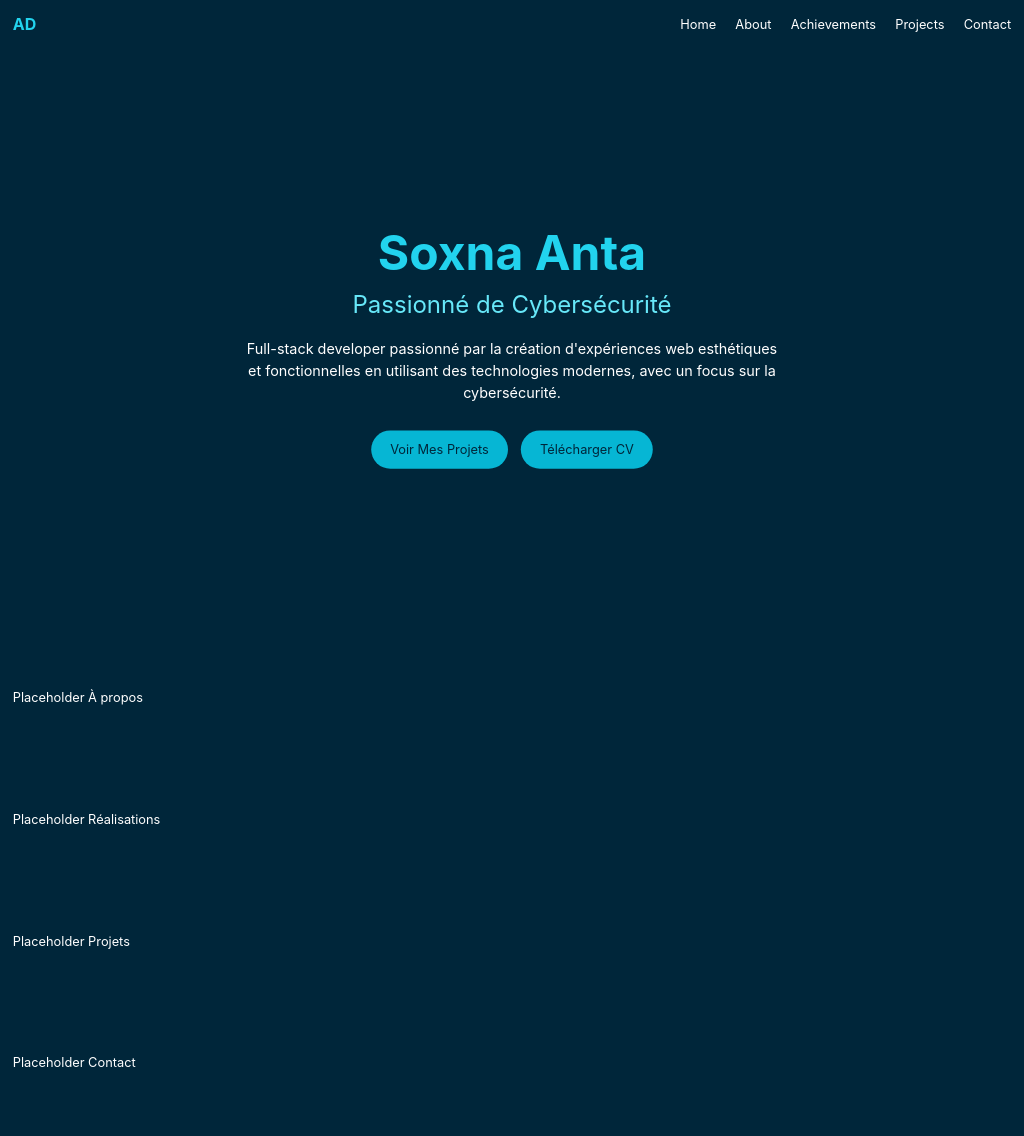
Repository: AntaaaKD/Mon-Portfolio
Page: /
An editor plug-in stored every save of this project. The page is shown before and after a run of saves, followed by the edit.
The browser window is 1280 px wide. The pictures show the whole page, at 80% of full size.
The project was rebuilt for these pictures with package versions that can differ from the ones it lists, and the page was loaded fresh each time.

Above is the page before, as saved 2026-01-14 18:22:15.

### src/App.js
import React from 'react';
import Navbar from './components/Navbar';
import Home from './components/Home';  // Ajoute cet import

function App() {
  return (
    <div className="min-h-screen bg-custom-blue text-white">
      <Navbar />
      <main className="container mx-auto p-4">
        <Home />  {/* Remplace le placeholder */}
        <section id="about" className="py-16">Placeholder À propos</section>
        <section id="achievements" className="py-16">Placeholder Réalisations</section>
        <section id="projects" className="py-16">Placeholder Projets</section>
        <section id="contact" className="py-16">Placeholder Contact</section>
      </main>
    </div>
  );
}

export default App;

### src/components/Navbar.jsx
import React, { useState, useEffect } from 'react';

const Navbar = () => {
  const [scrolled, setScrolled] = useState(false);

  useEffect(() => {
    const handleScroll = () => {
      if (window.scrollY > 50) {
        setScrolled(true);
      } else {
        setScrolled(false);
      }
    };

    window.addEventListener('scroll', handleScroll);
    return () => window.removeEventListener('scroll', handleScroll);
  }, []);

  return (
    <nav
        className={`p-4 sticky top-0 z-10 transition-all duration-300 ${
            scrolled
            ? 'bg-custom-blue bg-opacity-0 backdrop-blur-md'  // Semi-transparent (30%) + blur fort
            : 'bg-custom-blue'  // Bleu solide au top
        }`}
    >
        <div className="container mx-auto flex justify-between items-center">
            <h1 className="text-xl font-bold text-cyan-400">AD</h1>
            <ul className="flex space-x-6 text-white">
            <li><a href="#home" className="hover:text-cyan-300">Home</a></li>
            <li><a href="#about" className="hover:text-cyan-300">About</a></li>
            <li><a href="#achievements" className="hover:text-cyan-300">Achievements</a></li>
            <li><a href="#projects" className="hover:text-cyan-300">Projects</a></li>
            <li><a href="#contact" className="hover:text-cyan-300">Contact</a></li>
            </ul>
        </div>
    </nav>
  );
};

export default Navbar;

### src/components/Home.jsx
import React from 'react';

const Home = () => {
  return (
    <section id="home" className="flex flex-col items-center justify-center h-screen text-center px-4">
      <h1 className="text-6xl font-bold text-cyan-400 mb-4">Soxna Anta</h1>
      <h2 className="text-3xl text-cyan-300 mb-6">Passionné de Cybersécurité</h2>
      <p className="text-lg mb-8 max-w-2xl">Full-stack developer passionné par la création d'expériences web esthétiques et fonctionnelles en utilisant des technologies modernes, avec un focus sur la cybersécurité.</p>
      <div className="flex space-x-4">
        <a href="#projects" className="bg-cyan-500 text-custom-blue px-6 py-3 rounded-full hover:bg-cyan-400 transition">Voir Mes Projets</a>
        <a href="/cv.pdf" download className="bg-cyan-500 text-custom-blue px-6 py-3 rounded-full hover:bg-cyan-400 transition">Télécharger CV</a>
      </div>
    </section>
  );
};

export default Home;

### tailwind.config.js
/** @type {import('tailwindcss').Config} */
module.exports = {
  content: [
    "./src/**/*.{js,jsx,ts,tsx}",
  ],
  theme: {
    extend: {
      colors: {
        'custom-blue': 'rgb(0, 38, 58)',  // Ton bleu exact ici
      },
    },
  },
  plugins: [],
};

Loaded but not shown: public/index.html (common file); src/index.js (common file); src/index.css (common file); src/reportWebVitals.js (common file)

After the next 16 saves:
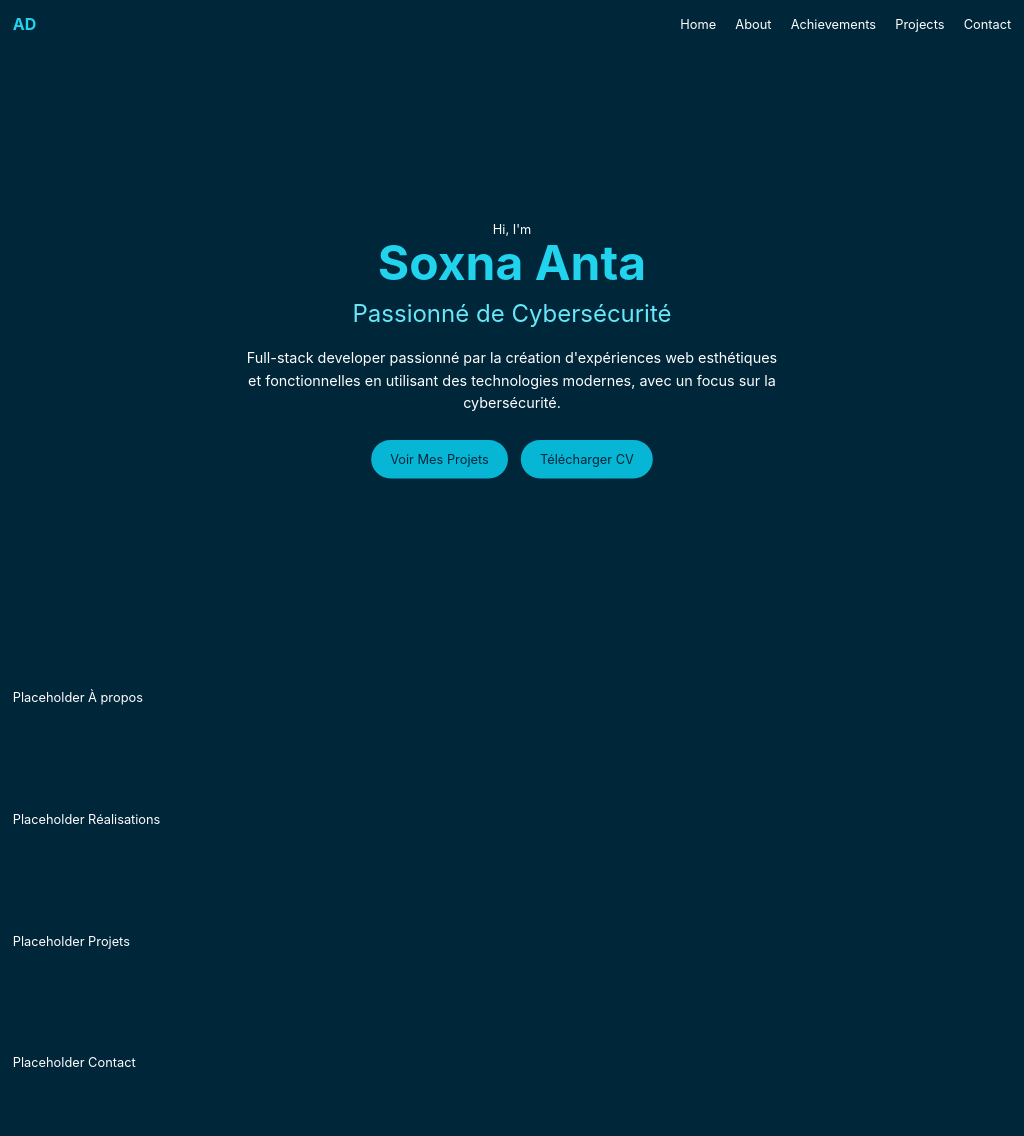
The 16 saves are shown as one change because 3 did not build or start and some came seconds apart.
The last was saved 55 s later.
--- a/src/components/Home.jsx
+++ b/src/components/Home.jsx
@@ -3,7 +3,7 @@ import React from 'react';
 const Home = () => {
   return (
     <section id="home" className="flex flex-col items-center justify-center h-screen text-center px-4">
-      <h1 className="text-6xl font-bold text-cyan-400 mb-4">Soxna Anta</h1>
+      <h1> Hi, I'm</h1><h1 className="text-6xl font-bold text-cyan-400 mb-4">Soxna Anta</h1>
       <h2 className="text-3xl text-cyan-300 mb-6">Passionné de Cybersécurité</h2>
       <p className="text-lg mb-8 max-w-2xl">Full-stack developer passionné par la création d'expériences web esthétiques et fonctionnelles en utilisant des technologies modernes, avec un focus sur la cybersécurité.</p>
       <div className="flex space-x-4">
